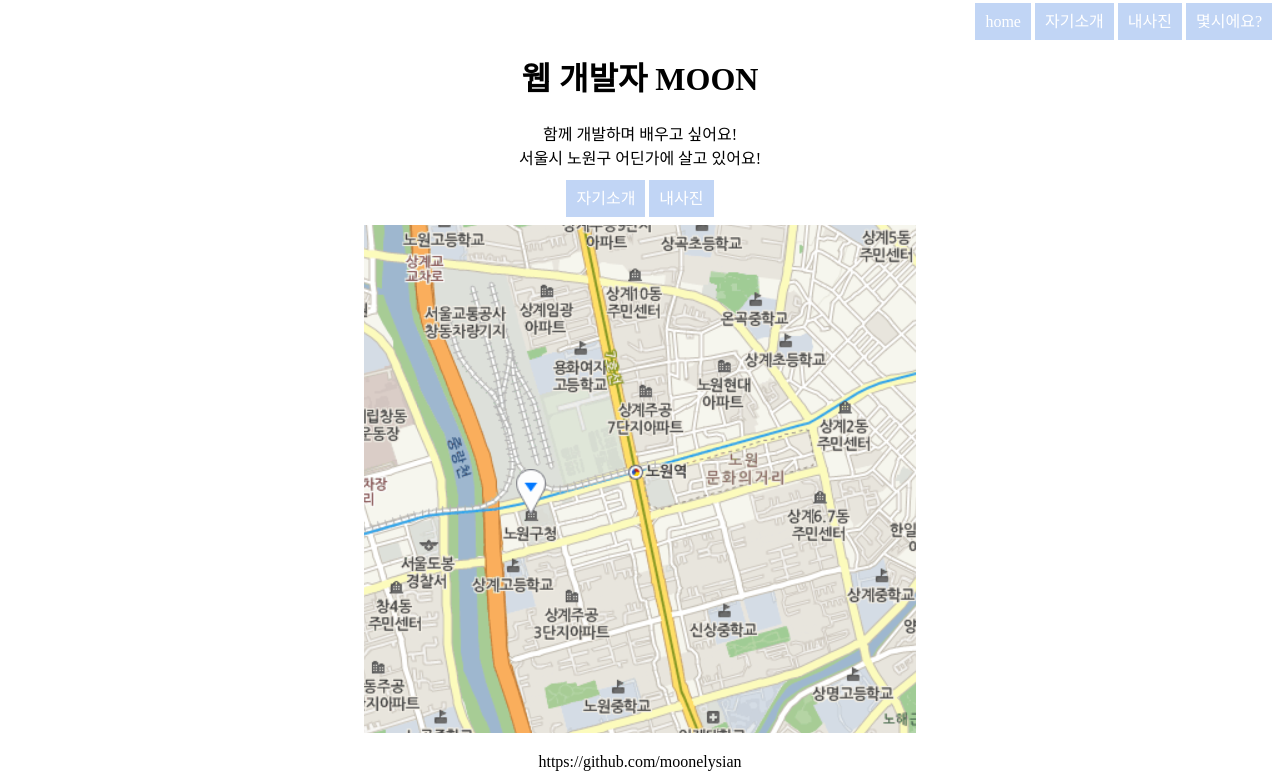
Repository: moonelysian/edwith-
Page: BE_PJT1-1/WebContent/index.html
An editor plug-in stored every save of this project. The page is shown before and after the next save, followed by the edit.
The browser window is 1280 px wide. The pictures show the whole page.

Above is the page before, as saved 2019-08-07 05:26:56.

After the next save:
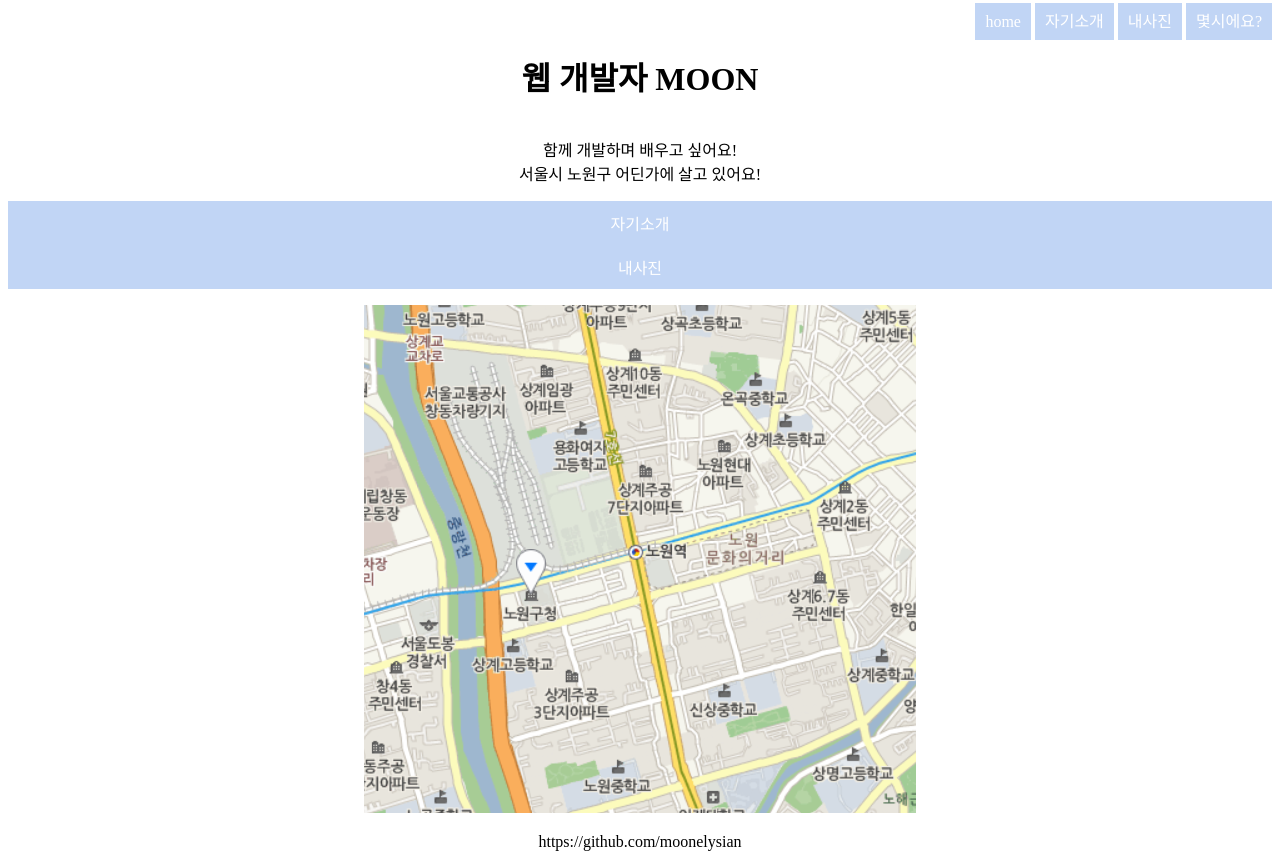
Saved 2 min 29 s later.
--- a/BE_PJT1-1/WebContent/style.css
+++ b/BE_PJT1-1/WebContent/style.css
@@ -1,5 +1,7 @@
 @charset "UTF-8";
-body{ text-align: center;}
+body{
+	display: grid;
+	text-align: center;}
 
 nav { text-align: right; }
 

After the save that followed:
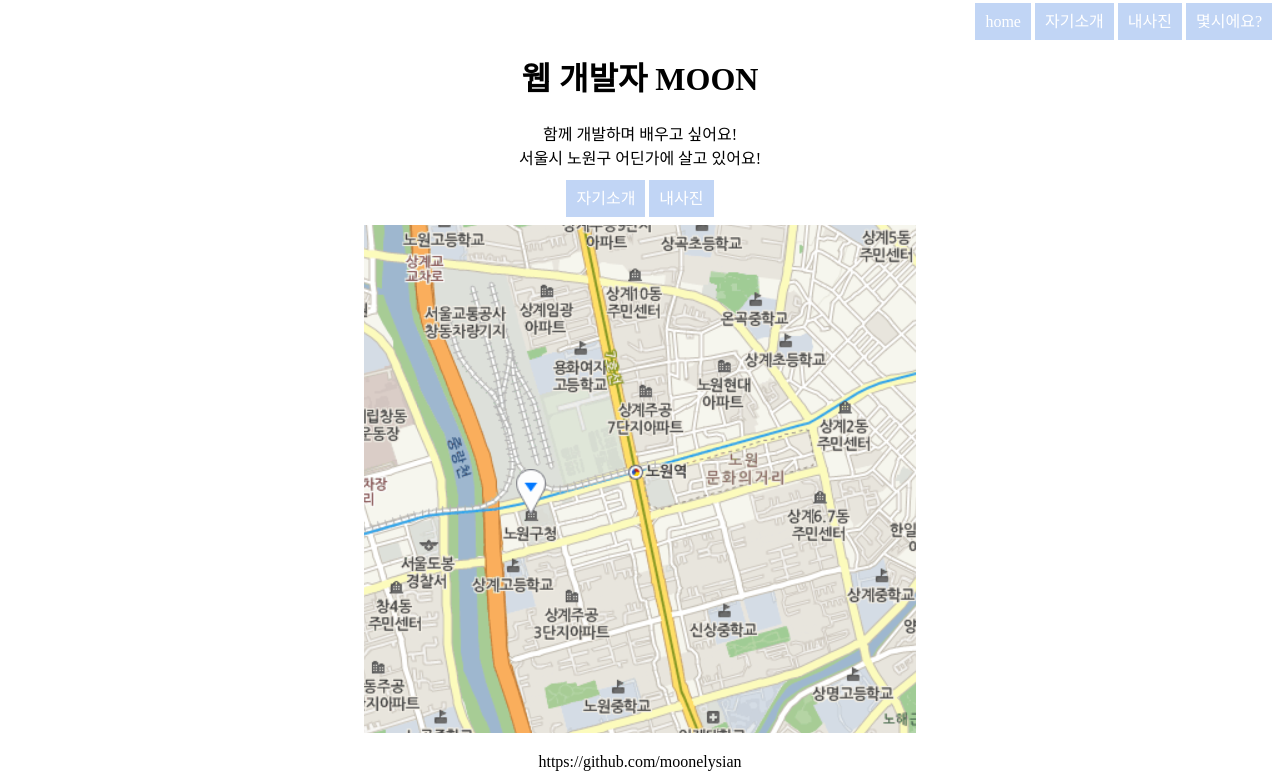
Saved 79 s later.
--- a/BE_PJT1-1/WebContent/index.html
+++ b/BE_PJT1-1/WebContent/index.html
@@ -13,16 +13,18 @@
 			<a href="picture.html">내사진</a>
 			<a>몇시에요?</a>
 		</nav>
-		<h1>웹 개발자 MOON</h1>
-		<p>
-		함께 개발하며 배우고 싶어요!</br>
-		서울시 노원구 어딘가에 살고 있어요!
-		</p>
-		<a href="aboutme.html">자기소개</a>
-		<a href="picture.html">내사진</a>
-		<p>
-			<img class="map" src="image\ds.PNG">
-		</p>
+		<div>
+			<h1>웹 개발자 MOON</h1>
+			<p>
+			함께 개발하며 배우고 싶어요!</br>
+			서울시 노원구 어딘가에 살고 있어요!
+			</p>
+			<a href="aboutme.html">자기소개</a>
+			<a href="picture.html">내사진</a>
+			<p>
+				<img class="map" src="image\ds.PNG">
+			</p>
+		</div>
 	</body>
 
 	<footer>
